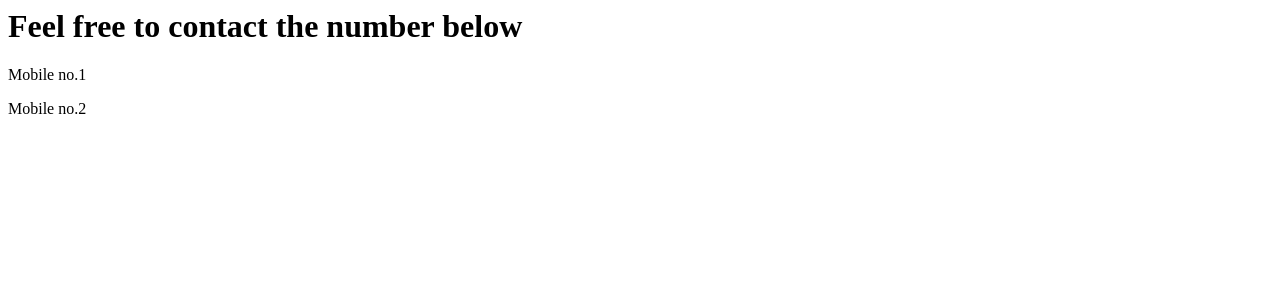
Repository: asifdotpy/demo_webpage
Page: about.html
An editor plug-in stored every save of this project. The page is shown before and after a run of saves, followed by the edit.
The browser window is 1280 px wide. The pictures show the whole page.

Above is the page before, as saved 2021-01-18 21:21:10.

After the next 2 saves:
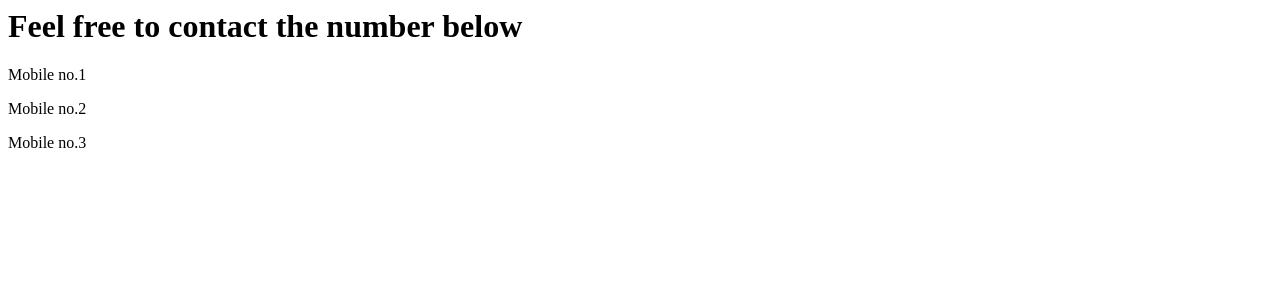
The 2 saves are shown as one change because they came seconds apart.
The last was saved 8 s later.
--- a/about.html
+++ b/about.html
@@ -2,3 +2,4 @@
 
 <p>Mobile no.1</p>
 <p>Mobile no.2</p>
+<p>Mobile no.3</p>
